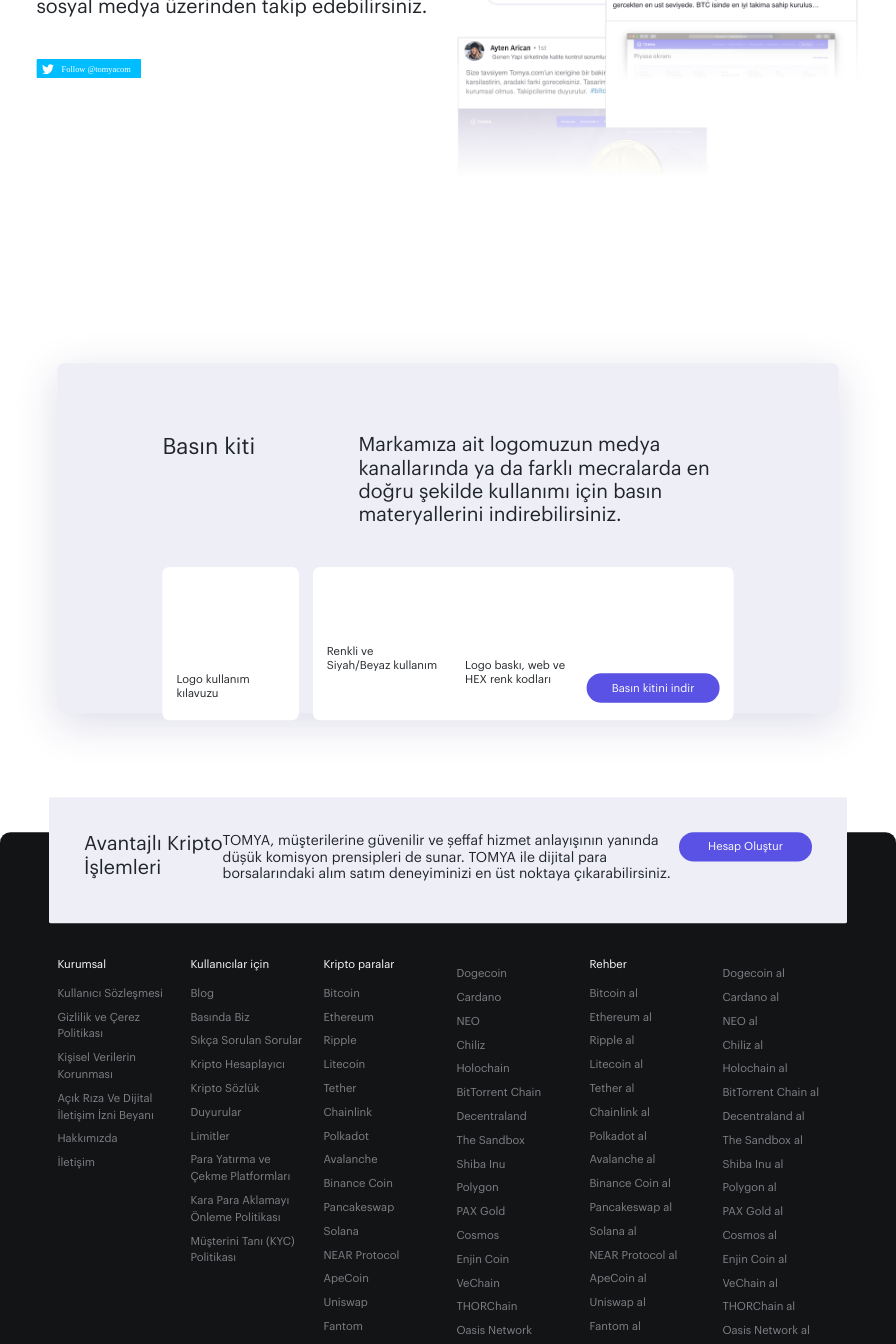
Repository: ezgibayrakli/TomyaProje
Page: index copy.html
The author's editor kept a copy of each file at every save. The page is drawn from the files as they stood at one save, then again after a run of saves.
The browser window is 1280 px wide. The pictures show the part of the page from y = 3257 to 5177 px (the page is 5611 px tall), at 70% of full size.
Some web fonts or font styles are not loaded; a fallback is used.

Above is the page before, as saved 2023-07-08 14:48:16.

After the next 2 saves:
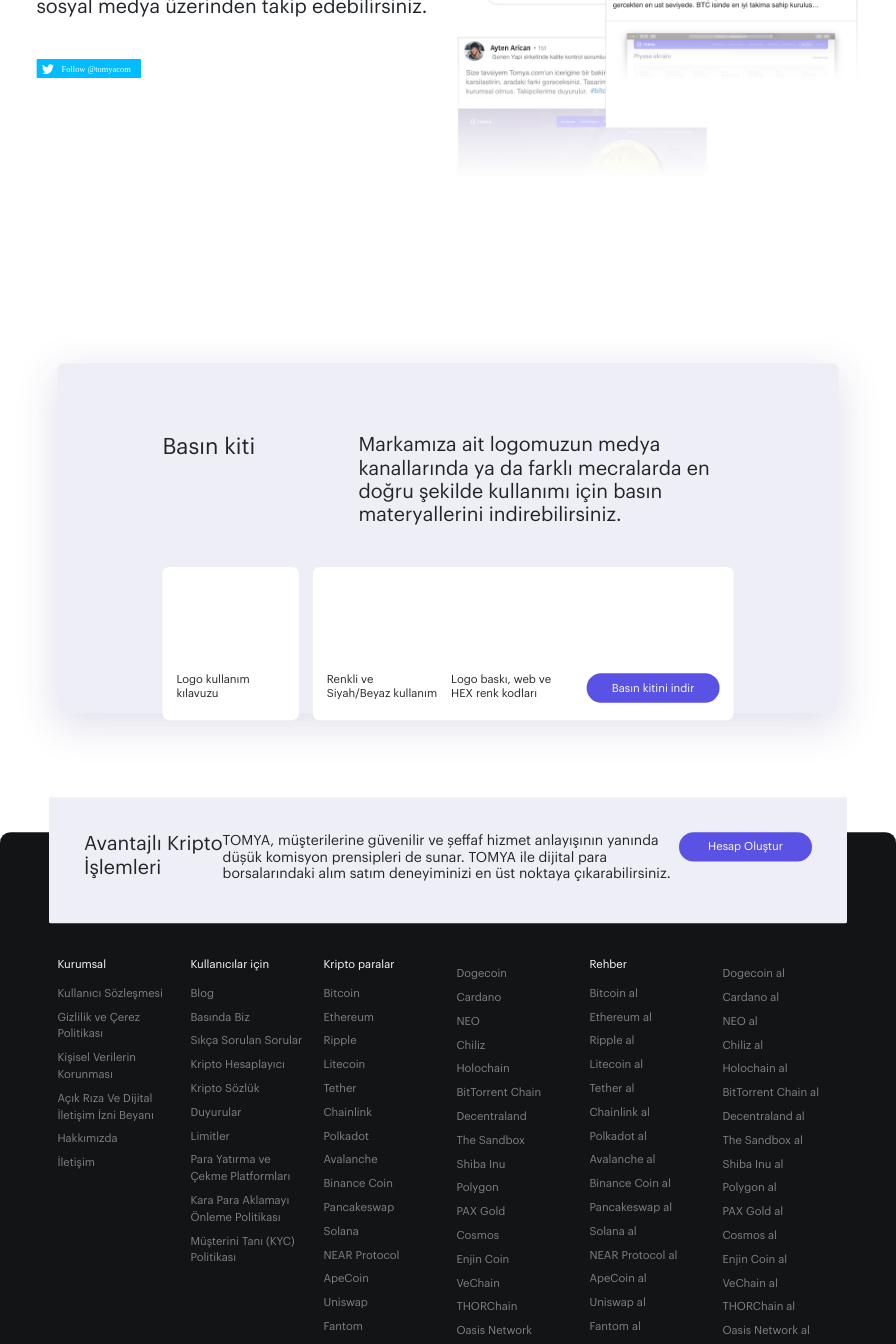
The 2 saves are shown as one change because they came seconds apart.
The last was saved 56 s later.
--- a/index copy.html
+++ b/index copy.html
@@ -191,8 +191,7 @@
                             <div  class="d-flex w-100 justify-content-between alt-menu " style="align-items:end; padding:20px; height: 100%;" >
                                 <div class="d-flex ">
                                     <h6  style="margin-right: 20px;">Renkli ve <br>Siyah/Beyaz kullanım</h6>
-                                    <h6 class="last" style="    align-items: start;
-                                    padding: 20px;">Logo baskı, web ve <br>HEX renk kodları</h6>
+                                    <h6 class="last">Logo baskı, web ve <br>HEX renk kodları</h6>
                                 </div>
 
                                 <a class="btn btn-outline-success small" style="margin-bottom:5px;" href="assets/basin-kiti/Tomya-Kurumsal.zip">Basın kitini indir</a>
